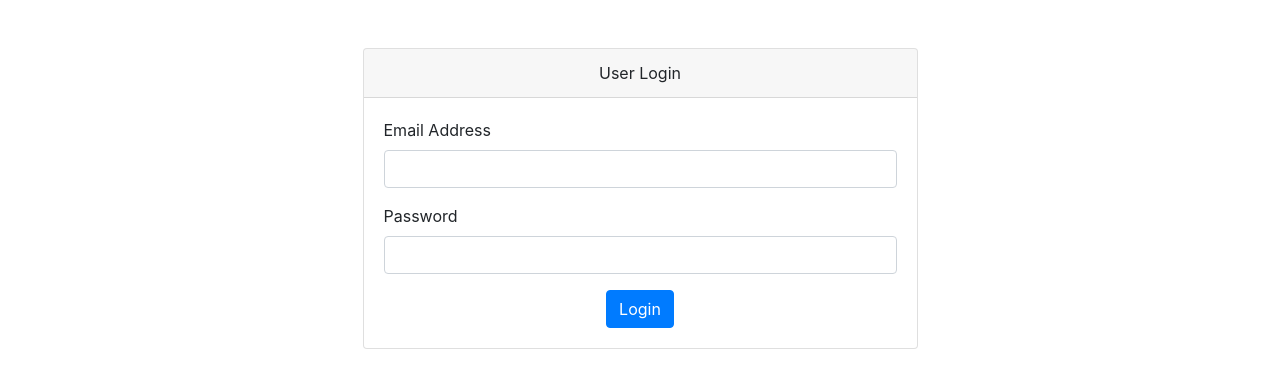
Repository: aashish22bansal/Ecommerce-Website-Using-JSP
Page: http://localhost/ITE2004_Software_Testing_Project/login.jsp
These files come from the project's save history. The page is drawn as it stood at one moment and after the next save; the edit follows.
The browser window is 1280 px wide. The pictures show the whole page.
Some web libraries are served in a nearby version. The page is served by Tomcat 9.

Above is the page before, as saved 2022-04-16 17:16:38.

After the next save:
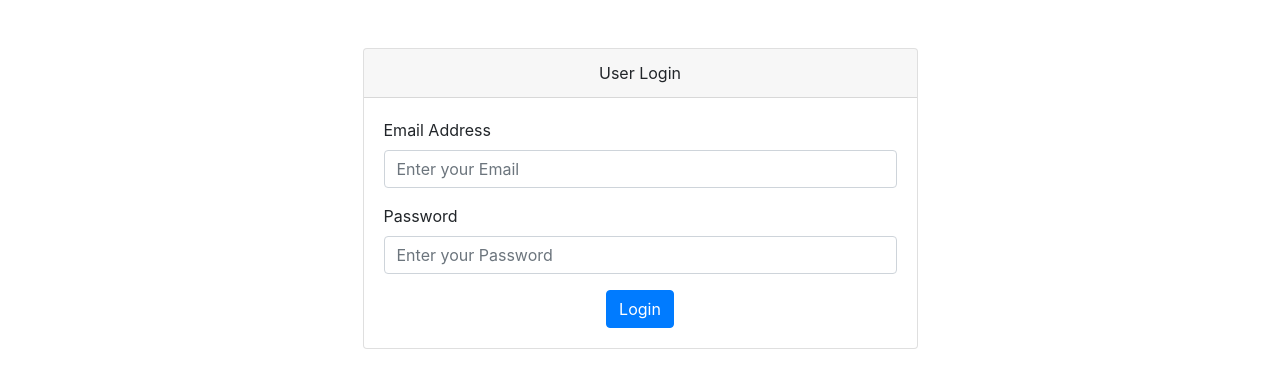
Saved 24 s later.
--- a/ITE2004_Software_Testing_Project/src/main/webapp/login.jsp
+++ b/ITE2004_Software_Testing_Project/src/main/webapp/login.jsp
@@ -13,11 +13,11 @@
 				<form action="" method="post">
 					<div class="form-group">
 						<label>Email Address</label>
-						<input type="email" class="form-control" name="login-email" placehholder="Enter your Email" required>
+						<input type="email" class="form-control" name="login-email" placeholder="Enter your Email" required>
 					</div>
 					<div class="form-group">
 						<label>Password</label>
-						<input type="password" class="form-control" name="login-password" placehholder="Enter your Password" required>
+						<input type="password" class="form-control" name="login-password" placeholder="Enter your Password" required>
 					</div>
 					<div class="text-center">
 						<button type="submit" class="btn btn-primary">Login</button>
